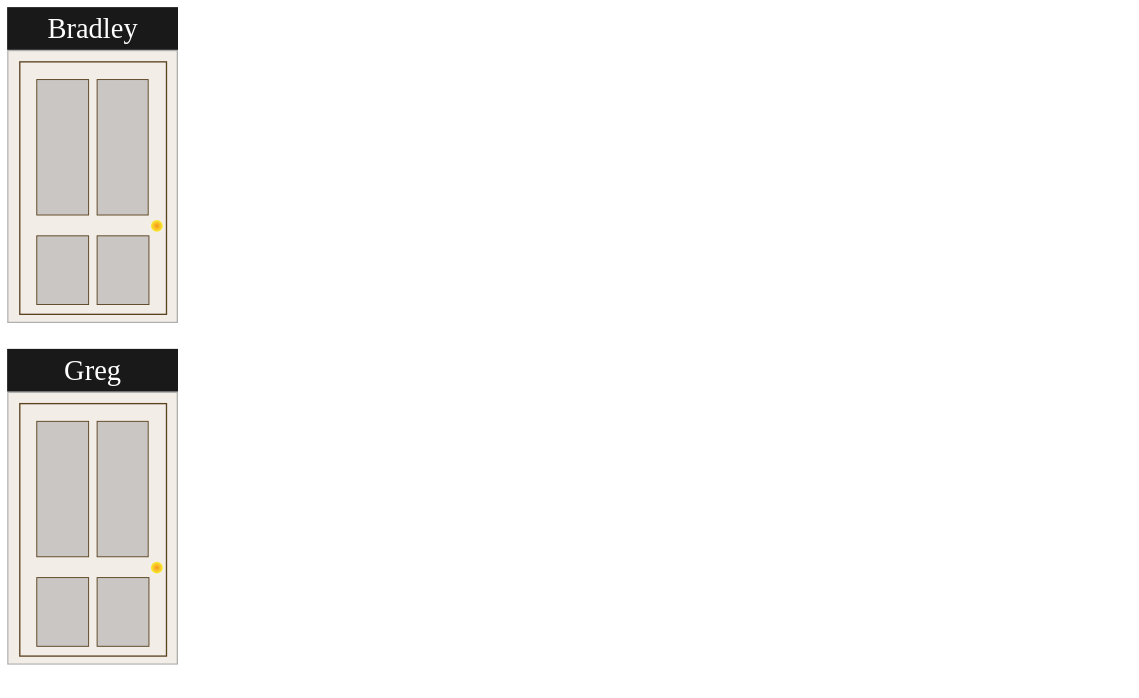
Repository: dnguyen130/HelpAHomieV3
Page: doors.html
An editor plug-in stored every save of this project. The page is shown before and after the next save, followed by the edit.
The browser window is 1280 px wide. The pictures show the whole page, at 89% of full size.

Above is the page before, as saved 2021-03-10 19:18:42.

### doors.html
<!DOCTYPE html>
<html lang="en">
<head>
    <meta charset="UTF-8">
    <meta http-equiv="X-UA-Compatible" content="IE=edge">
    <meta name="viewport" content="width=device-width, initial-scale=1.0">
    <link rel="stylesheet" href="styles.css" type="text/css">
    <title>Document</title>
</head>
<body>

    <div class="main">
        <div class="doortest"></div>
    </div>
    <script src="./comps/Door/index.js"></script>
    <script src="workflow.js"></script>
</body>
</html>

### comps/Door/index.js
function DoorUI(text="Bradley", image="images/doorclosed.svg", hoverimage="images/dooropened.svg"){
    return `
        <div style="
            width: 12rem;
            height: 24rem;
            display: flex;
            flex-direction: column;
            align-items: center;
        ">
            <div style="
                width: 12rem;
                height: 3rem;
                font-size: 2rem;
                background-color: #191919;
                color: white;
                display: flex;
                align-items: center;
                justify-content: center;
            ">${text}
            </div>
            <img
            src="${image}"
            onmouseover="this.src='${hoverimage}'"
            onmouseout="this.src='${image}'"
            />
        </div>
    `
}


// export const Door = DoorUI();

### workflow.js
document.querySelector(".doortest").innerHTML += DoorUI();
document.querySelector(".doortest").innerHTML += DoorUI("Greg");

Loaded but not shown: styles.css (no stored copy; drawn as an empty file)

After the next save:
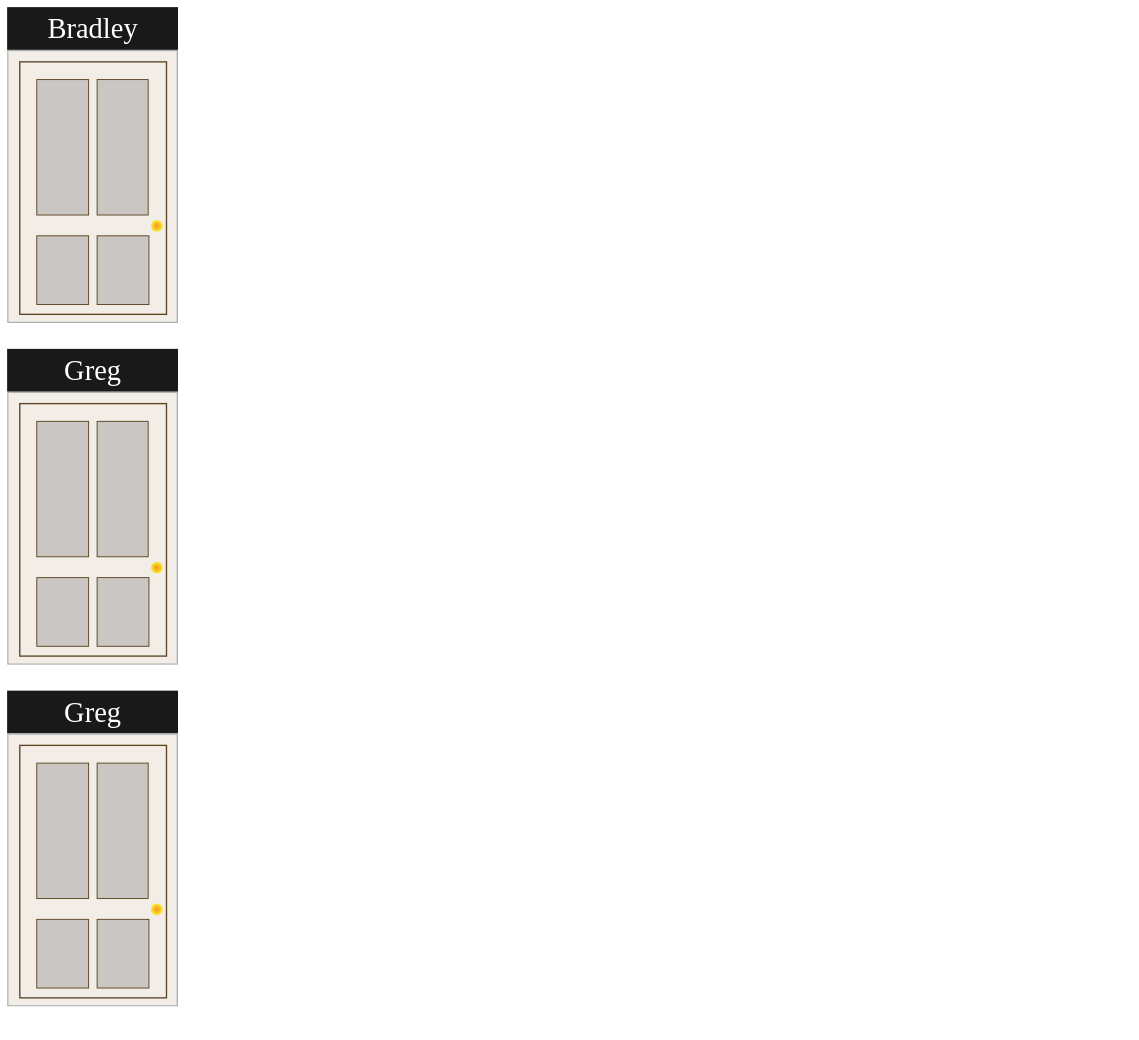
Saved 9 s later.
--- a/workflow.js
+++ b/workflow.js
@@ -1,2 +1,3 @@
 document.querySelector(".doortest").innerHTML += DoorUI();
 document.querySelector(".doortest").innerHTML += DoorUI("Greg");
+document.querySelector(".doortest").innerHTML += DoorUI("Greg");
